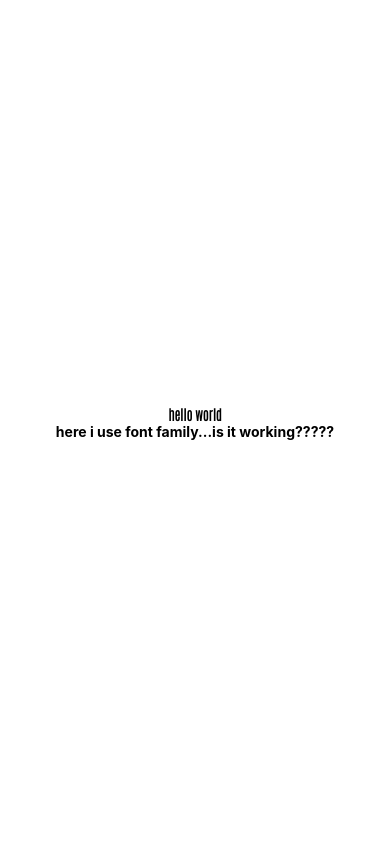
Repository: meherujjahan/AwesomeProject2
Page: /Details
An editor plug-in stored every save of this project. The page is shown before and after a run of saves, followed by the edit.
The browser window is 390 px wide. The pictures show the whole page.
The app was drawn by React Native's web renderer in a window 390 px wide. The project was rebuilt for these pictures with package versions that can differ from the ones it lists, and the page was loaded fresh each time. Some packages were replaced by stand-ins written for this rebuild.

Above is the page before, as saved 2022-06-06 17:04:40.

After the next 3 saves:
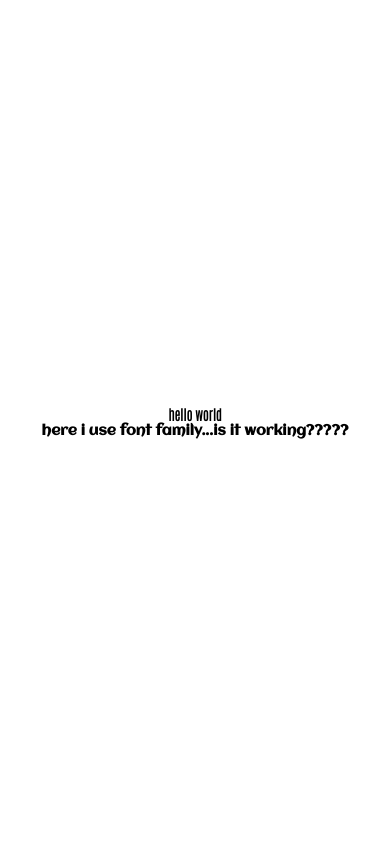
The 3 saves are shown as one change because 2 did not build or start.
The last was saved 88 s later.
--- a/App.js
+++ b/App.js
@@ -4,7 +4,7 @@ import { StyleSheet, Text, View } from 'react-native';
 
 export default function App() {
   const [loaded] = useFonts({
-   'antonio':require("./assets/fonts/Antonio.ttf"),
+   'Antonio':require("./assets/fonts/Antonio.ttf"),
   "spartan":require("./assets/fonts/spartan.ttf")
   });
 
@@ -14,11 +14,11 @@ if(!loaded){
 
   return (
     <View style={styles.container}>
-      <Text style={{fontFamily:"antonio", fontWeight:'bold'}}>
+      <Text style={{fontFamily:"Antonio", fontWeight:'bold'}}>
         hello world</Text>
 
 
-      <Text style={{color:'black', fontWeight:'bold'}}>
+      <Text style={{color:'black', fontFamily:"spartan", fontWeight:'bold'}}>
         here i use font family...is it working?????</Text>
       <StatusBar style="auto" />
     </View>
